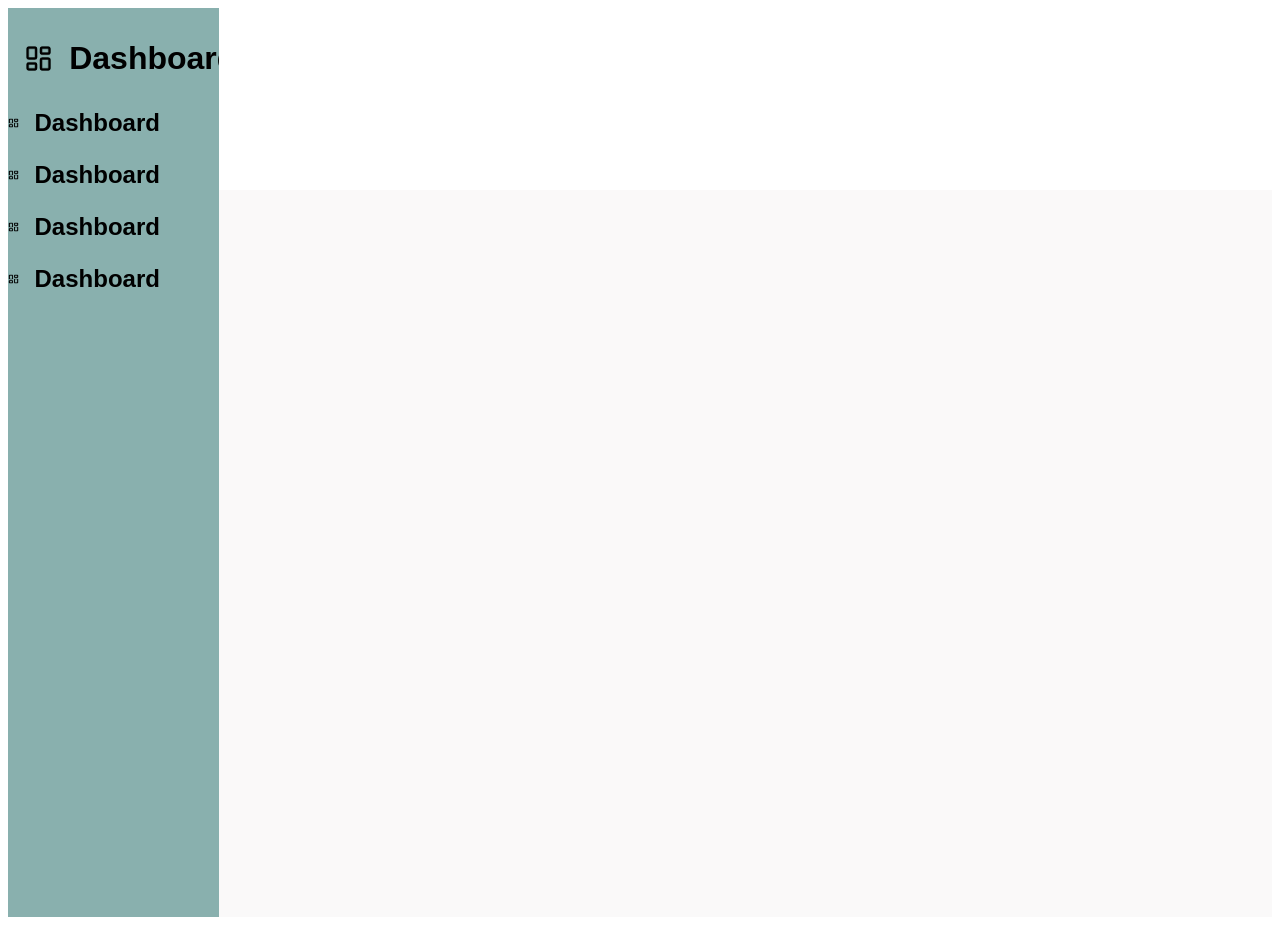
Repository: yeetzpxoci/dashboard
Page: index.html
The author's editor kept a copy of each file at every save. The page is drawn from the files as they stood at one save, then again after the next save.
The browser window is 1280 px wide. The pictures show the whole page.

Above is the page before, as saved 2023-02-17 19:14:55.

### index.html
<!DOCTYPE html>
<html lang="en">
<head>
    <meta charset="UTF-8">
    <meta http-equiv="X-UA-Compatible" content="IE=edge">
    <meta name="viewport" content="width=device-width, initial-scale=1.0">
    <link rel="stylesheet" type="text/css" href="styles.css" />
    <title>Dashboard</title>
</head>
<body>
    <div class="sidebar">
        <div class="logo">
            <img src="dashboard-layout.png">
            <p>Dashboard</p>
        </div>

        <div class="icon-container">
            <div class="icon">
                <img src="dashboard-layout.png">
                <p>Dashboard</p>
            </div>

            <div class="icon">
                <img src="dashboard-layout.png">
                <p>Dashboard</p>
            </div>

            <div class="icon">
                <img src="dashboard-layout.png">
                <p>Dashboard</p>
            </div>

            <div class="icon">
                <img src="dashboard-layout.png">
                <p>Dashboard</p>
            </div>
        </div>
    </div>

    <div class="header">

    </div>

    <div class="main-content">

    </div>
</body>
</html>

### styles.css
body {
    min-height: 100vh;
    display: grid;
    grid-template-columns: 1fr 5fr;
    grid-template-rows: 1fr 4fr;
    font-family: Arial, Helvetica, sans-serif;
}

.sidebar {
    background-color: #89B0AE;
    grid-column: 1 / 2;
    grid-row: 1 / 3;
    display: grid;
    grid-template-rows: 1fr 4fr 4fr;
}

.icon-container {
    display: flex;
    flex-direction: column;
}

.logo, .icon {
    display: flex;
    align-items: center;
    font-weight: bold;
    gap: 16px;
}

.logo {
    font-size: 32px;
    align-self: baseline;
    margin-left: 16px;
}

.icon {
    margin-top: -24px;
    font-size: 24px;
}

.logo img {
    width: 15%;
}

.icon img {
    width: 5%;
}

.header {
    background-color: white;
    grid-column: 2 / 3;
    grid-row: 1 / 2;
}

.main-content {
    background-color: #FAF9F9;
    grid-column: 2 / 3;
    grid-row: 2 / 3;
}

After the next save:
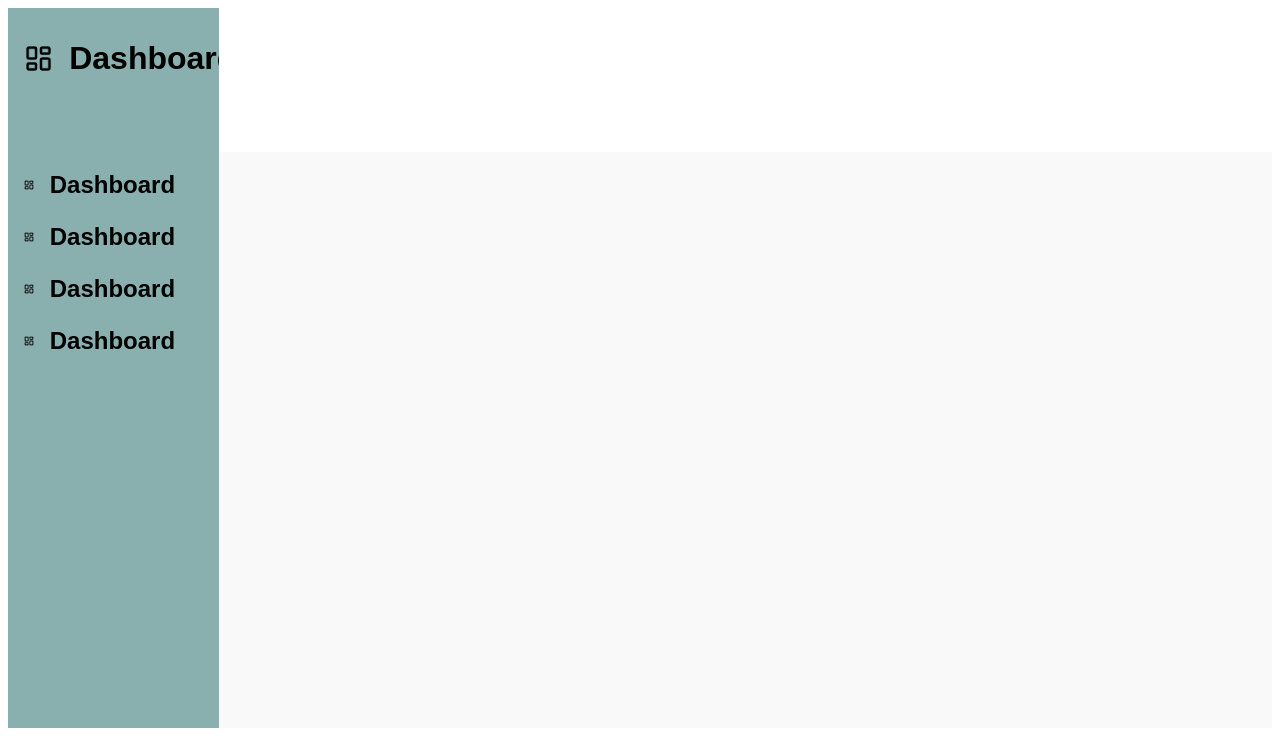
Saved 67 s later.
--- a/styles.css
+++ b/styles.css
@@ -11,7 +11,9 @@ body {
     grid-column: 1 / 2;
     grid-row: 1 / 3;
     display: grid;
-    grid-template-rows: 1fr 4fr 4fr;
+    grid-template-rows: 1fr 2fr 2fr;
+    gap: 32px;
+    padding-left: 16px;
 }
 
 .icon-container {
@@ -29,7 +31,6 @@ body {
 .logo {
     font-size: 32px;
     align-self: baseline;
-    margin-left: 16px;
 }
 
 .icon {
